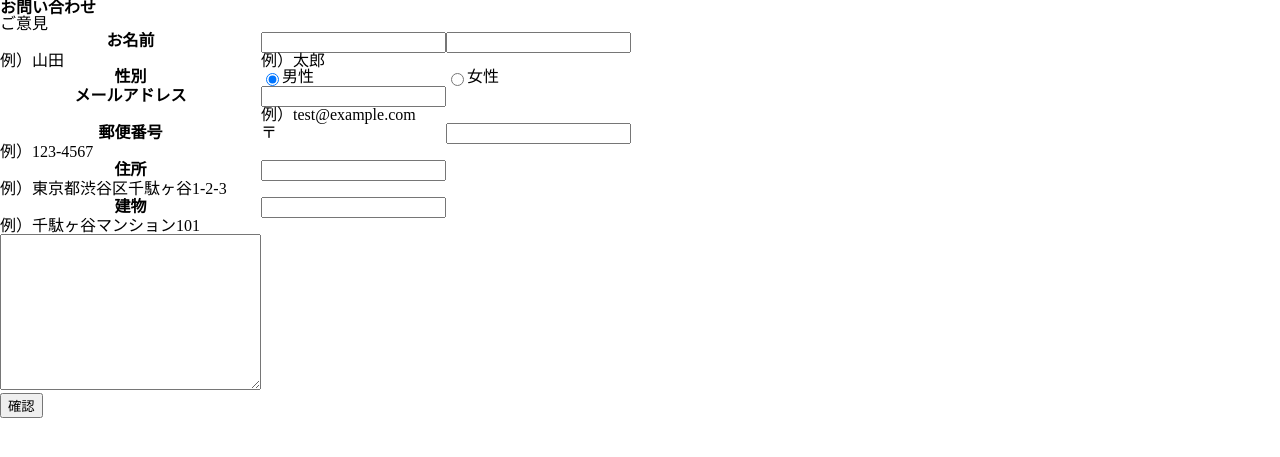
Repository: 1000sky/20220728majima
Page: http://localhost/
These files come from the project's save history. The page is drawn as it stood at one moment and after the next save; the edit follows.
The browser window is 1280 px wide. The pictures show the whole page.
The page is served by the project's Laravel application, run on PHP 8.4 with Laravel 8. Other server files are loaded and not shown.

Above is the page before, as saved 2022-07-28 00:07:38.

### advance-test/routes/web.php
<?php

use Illuminate\Support\Facades\Route;
use App\Http\Controllers\ContactController;

/*
|--------------------------------------------------------------------------
| Web Routes
|--------------------------------------------------------------------------
|
| Here is where you can register web routes for your application. These
| routes are loaded by the RouteServiceProvider within a group which
| contains the "web" middleware group. Now create something great!
|
*/

/*Route::get('/', function () {
    return view('welcome');
});*/

Route::get('/', [ContactController::class, 'index']);
Route::post('/', [ContactController::class, 'post']);

Route::get('/contact', [ContactController::class, 'contact']);
Route::post('/create', [ContactController::class, 'create']);


Route::get('/confirmation',[ContactController::class, 'confirmation']);

Route::get('/management', [ContactController::class, 'page']);

### advance-test/app/Http/Controllers/ContactController.php
<?php

namespace App\Http\Controllers;

use Illuminate\Http\Request;
use App\Http\Requests\ClientRequest;
use App\Models\Contact;

class ContactController extends Controller
{
    public function index(Request $request)
    {
        return view('contact');
    }

    public function post(ClientRequest $request)
    {
        return view('contact');
    }

    public function contact()
    {
        $items = Contact::all();
        return view('contact', ['items' => $items]);
    }

    public function create(Request $request)
    {
        $this->validate($request, Contact::$rules);
        $form = $request->all();
        Contact::create($form);
        return redirect('/create');
    }


    //confirmation
    public function confirmation()
    {
        $items = Contact::all();
        return view('confirmation', ['items' => $items]);
    }

    //management
    public function management()
    {
        $items = Contact::all();
        return view('management', ['items' => $items]);
    }
    public function search(Request $request)
    {
        $item = Contact::where('name','gender','created_at','LIKE BINARY',"%{$request->input}%")->get();
        $param = [
            'input' => $request->input,
            'item' => $item
        ];
        return view('management', $param);
    }

    public function page()
    {
        $items = Contact::Paginate(10);
        return view('management', ['items' => $items]);
    }

}

### advance-test/resources/views/contact.blade.php
<!DOCTYPE html>
<html lang="ja">
<head>
    <meta charset="UTF-8">
    <meta name="viewport" content="width=device-width, initial-scale=1.0">
    <meta http-equiv="X-UA-Compatible" content="ie=edge">
    <title>Advance-Test</title>
    <link rel="stylesheet" href="css/reset.css" />
    <link rel="stylesheet" href="css/contact.css" />
</head>
<body>
    <h1>お問い合わせ</h1>

    @if (count($errors) > 0)
    <ul>
      @foreach ($errors->all() as $error)
        <li>{{$error}}</li>
      @endforeach
    </ul>
    @endif

    <form action="/create" method="POST">

      <table>
        @csrf
        <tr>
           <th><label>お名前</label></th>

           <td><input type="text" name="fullname"></td><td><input type="text" name="fullname"></td>
        </tr>
        <tr>
           <td><p>例）山田</p></td> <td><p>例）太郎</p></td>
        </tr>

        @if ($errors->has('fullname'))
        <tr>
          <th>ERROR</th>
          <td>
            {{$errors->first('fullname')}}
          </td>
        </tr>
        @endif

        <tr>
        <th><label>性別 </label></th>
        <td><input type="radio" name="gender" checked="checked"><label for="">男性</label></td>
        <td><input type="radio" name="gender"><label for="">女性</label></td>
        </tr>

        @if ($errors->has('gender'))
        <tr>
          <th>ERROR</th>
          <td>
            {{$errors->first('gender')}}
          </td>
        </tr>
        @endif

        <tr>
          <th><label for="">メールアドレス</label></th>
          <td><input type="text"><P>例）test@example.com</P></th>
        </tr>

        @if ($errors->has('email'))
        <tr>
          <th>ERROR</th>
          <td>
            {{$errors->first('email')}}
          </td>
        </tr>
        @endif

        <tr>
          <th><label for="">郵便番号</label></th>
          <td><div>〒</div></td><td><input type="text"></td>
        </tr>
        <tr>
          <td><p>例）123-4567</p></td>
        </tr>


        <tr>
           <th><label for="">住所</label></th>
           <td><input type="text" style="ime-mode:disabled;"></td>
        </tr>
        <tr>
           <td><p>例）東京都渋谷区千駄ヶ谷1-2-3</p></td>
        </tr>

        <tr>
         <th><label for="">建物</label></th>
         <td><input type="text"></td>
        </tr>

        <tr>
          <td><p>例）千駄ヶ谷マンション101</p></td>
        </tr>

        <tr><label for="">ご意見</label></tr>
        <td><textarea name="opinion" cols="30" rows="10"></textarea></td>


      </table>


        <button type="submit">確認</button>
 {{--       <!--同じページでリンク先が開く-->
<input type="button" value="リンク" onClick="location.href='http://google.com'">

 <!--新しいタブでリンク先が開く-->
<input type="button" value="リンク" onClick="window.open('http://google.com')">
--}}


{{-- <FORM>
    テキストボックス
    <input type="text" value="" onInput="checkForm(this)">

    テキストエリア
    <textarea rows="2" onInput="checkForm(this)"></textarea>
    </FORM>

    <script type="text/javascript">
    <!--
    function checkForm($this)
    {
        var str=$this.value;
        while(str.match(/[^A-Z^a-z\d\-]/))
        {
            str=str.replace(/[^A-Z^a-z\d\-]/,"");
        }
        $this.value=str;
    }
    //-->
    </script>

    --}}

    </form>


</body>
</html>

Loaded but not shown: advance-test/app/Http/Controllers/Controller.php (common file); advance-test/public/css/reset.css (common file)

After the next save:
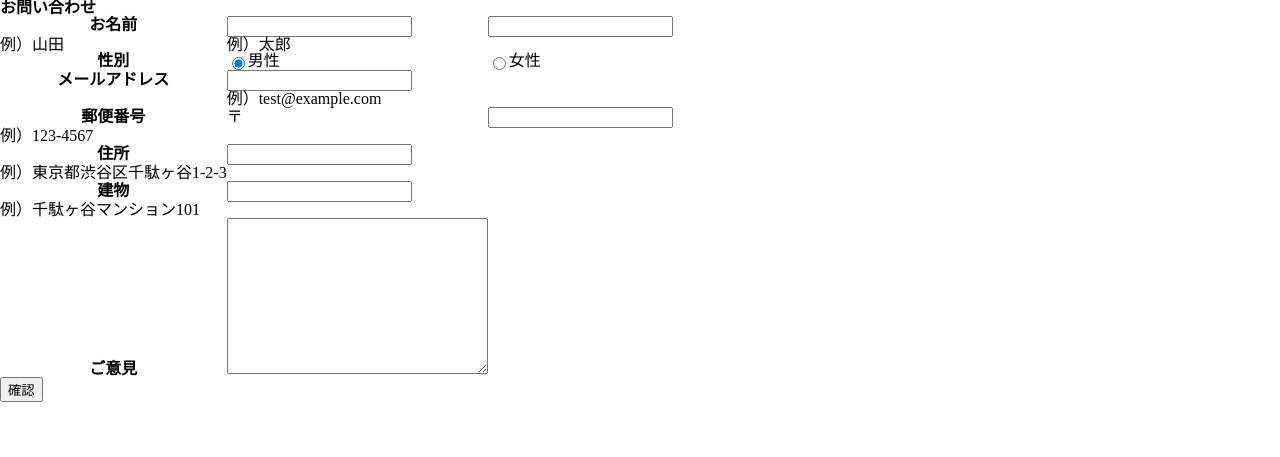
Saved 63 s later.
--- a/advance-test/resources/views/contact.blade.php
+++ b/advance-test/resources/views/contact.blade.php
@@ -96,9 +96,10 @@
           <td><p>例）千駄ヶ谷マンション101</p></td>
         </tr>
 
-        <tr><label for="">ご意見</label></tr>
-        <td><textarea name="opinion" cols="30" rows="10"></textarea></td>
-
+        <tr>
+          <th><label for="">ご意見</label></th>
+          <td><textarea name="opinion" cols="30" rows="10"></textarea></td>
+        </tr>
 
       </table>
 
